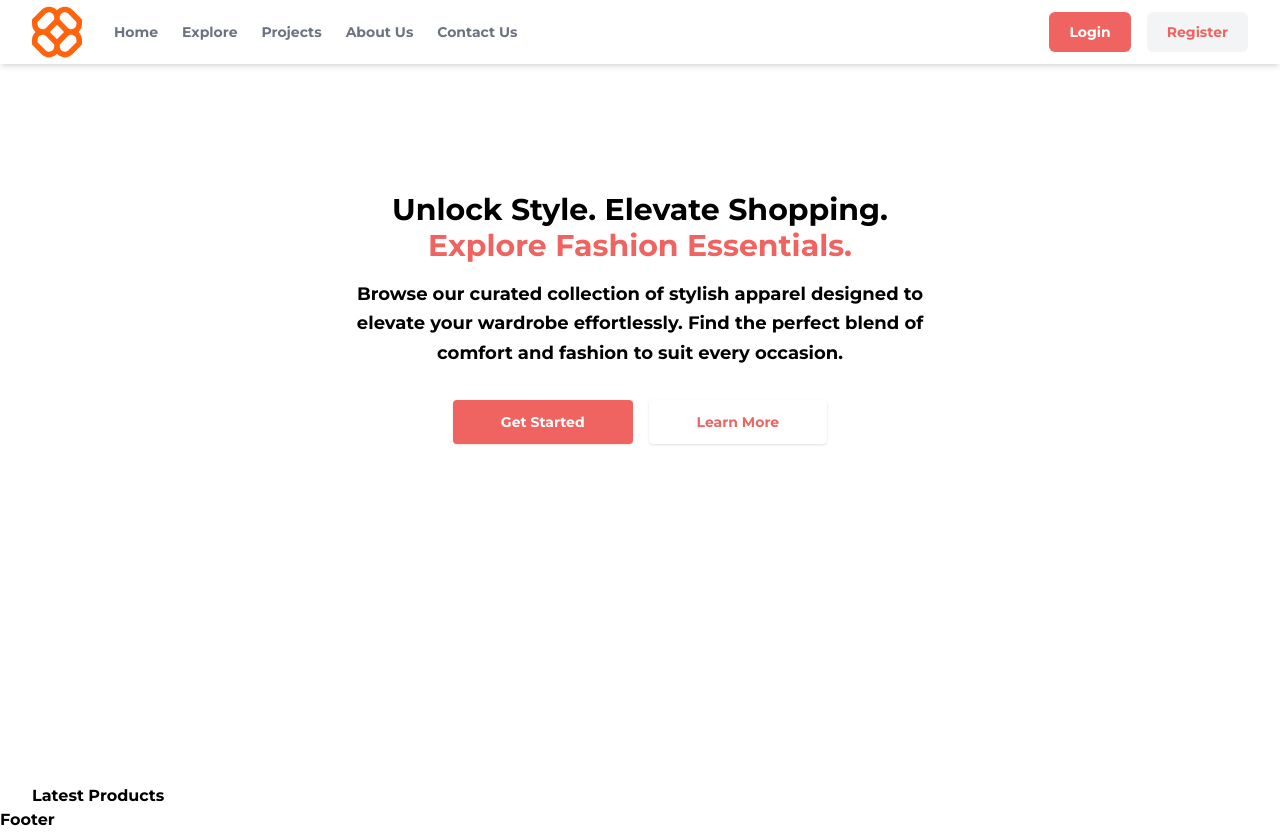
Repository: YahiaSala7/E-commerce-Project
Page: / (app in ecommerce/)
An editor plug-in stored every save of this project. The page is shown before and after the next save, followed by the edit.
The browser window is 1280 px wide. The pictures show the whole page.
The page's requests for data from a server got no answer. The project was rebuilt for these pictures with package versions that can differ from the ones it lists, and the page was loaded fresh each time. The framework's server and built-in components were replaced by stand-ins that run in the browser. No one was signed in, and anything a server would have sent is missing. Also part of the build but not shown: ecommerce/next.config.mjs, ecommerce/app/_Components/ProductItem.jsx.

Above is the page before, as saved 2024-07-25 23:05:10.

### ecommerce/app/layout.js
import { Montserrat } from "next/font/google";
import "./globals.css";
import Header from "./_Components/Header";
import Footer from "./_Components/Footer";

const inter = Montserrat({ subsets: ["latin"], weight: "700" });

export const metadata = {
  title: "Create Next App",
  description: "Generated by create next app",
};

export default function RootLayout({ children }) {
  return (
    <html lang="en">
      <body className={inter.className}>
        <Header />
        {children}
        <Footer />
      </body>
    </html>
  );
}

### ecommerce/app/page.js
import Image from "next/image";
import Hero from "./_Components/Hero";
import ProductsSection from "./_Components/ProductsSection";

export default function Home() {
  return (
    <div className="home">
      <Hero />
      <ProductsSection />
    </div>
  );
}

### ecommerce/app/globals.css
@tailwind base;
@tailwind components;
@tailwind utilities;

:root {
  /* --foreground-rgb: 0, 0, 0; */
  /* --background-start-rgb: 214, 219, 220;
  --background-end-rgb: 255, 255, 255; */
}

@media (prefers-color-scheme: dark) {
  :root {
    /* --foreground-rgb: 0, 0, 0; */
    /* --background-start-rgb: 0, 0, 0;
    --background-end-rgb: 0, 0, 0; */
  }
}

body {
  color: rgb(var(--foreground-rgb));
  background: linear-gradient(
      to bottom,
      transparent,
      rgb(var(--background-end-rgb))
    )
    rgb(var(--background-start-rgb));
}

@layer utilities {
  .text-balance {
    text-wrap: balance;
  }
}

### ecommerce/app/_Components/Header.jsx
import React from "react";
function Header() {
  return (
    <header className="bg-white shadow-md">
      <div className=" flex h-16 max-w-screen-xl items-center gap-8 container mx-auto px-4 sm:px-6 lg:px-8">
        <img src="/logo.svg" width={"50px"} height={"50px"} />

        <div className="flex flex-1 items-center justify-end md:justify-between">
          <nav aria-label="Global" className="hidden md:block">
            <ul className="flex items-center gap-6 text-sm">
              <li>
                <a
                  className="text-gray-500 transition hover:text-gray-500/75"
                  href="#">
                  {" "}
                  Home{" "}
                </a>
              </li>

              <li>
                <a
                  className="text-gray-500 transition hover:text-gray-500/75"
                  href="#">
                  {" "}
                  Explore{" "}
                </a>
              </li>

              <li>
                <a
                  className="text-gray-500 transition hover:text-gray-500/75"
                  href="#">
                  {" "}
                  Projects{" "}
                </a>
              </li>

              <li>
                <a
                  className="text-gray-500 transition hover:text-gray-500/75"
                  href="#">
                  {" "}
                  About Us{" "}
                </a>
              </li>

              <li>
                <a
                  className="text-gray-500 transition hover:text-gray-500/75"
                  href="#">
                  {" "}
                  Contact Us{" "}
                </a>
              </li>
            </ul>
          </nav>

          <div className="flex items-center gap-4">
            <div className="sm:flex sm:gap-4">
              <a
                className="block rounded-md bg-primary px-5 py-2.5 text-sm font-medium text-white transition hover:bg-secondary "
                href="#">
                Login
              </a>

              <a
                className="hidden rounded-md bg-gray-100 px-5 py-2.5 text-sm font-medium text-primary transition hover:text-secondary sm:block"
                href="#">
                Register
              </a>
            </div>

            <button className="block rounded bg-gray-100 p-2.5 text-gray-600 transition hover:text-gray-600/75 md:hidden">
              <span className="sr-only">Toggle menu</span>
              <svg
                xmlns="http://www.w3.org/2000/svg"
                className="h-5 w-5"
                fill="none"
                viewBox="0 0 24 24"
                stroke="currentColor"
                strokeWidth="2">
                <path
                  strokeLinecap="round"
                  strokeLinejoin="round"
                  d="M4 6h16M4 12h16M4 18h16"
                />
              </svg>
            </button>
          </div>
        </div>
      </div>
    </header>
  );
}

export default Header;

### ecommerce/app/_Components/Hero.jsx
import React from "react";

function Hero() {
  return (
    <section className="">
      <div className="mx-auto max-w-screen-xl px-4 py-32 lg:flex lg:h-screen">
        <div className="mx-auto max-w-xl text-center">
          <h1 className="text-2xl font-extrabold sm:text-3xl ">
            Unlock Style. Elevate Shopping.
            <strong className="font-extrabold text-primary sm:block">
              {" "}
              Explore Fashion Essentials.{" "}
            </strong>
          </h1>

          <p className="mt-4 sm:text-[18px]/relaxed">
            Browse our curated collection of stylish apparel designed to elevate
            your wardrobe effortlessly. Find the perfect blend of comfort and
            fashion to suit every occasion.
          </p>

          <div className="mt-8 flex flex-wrap justify-center gap-4">
            <a
              className="block w-full rounded bg-primary px-12 py-3 text-sm font-medium text-white shadow hover:bg-secondary focus:outline-none focus:ring active:bg-red-500 sm:w-auto"
              href="#">
              Get Started
            </a>

            <a
              className="block w-full rounded px-12 py-3 text-sm font-medium text-primary shadow hover:text-secondary focus:outline-none focus:ring active:text-red-500 sm:w-auto"
              href="#">
              Learn More
            </a>
          </div>
        </div>
      </div>
    </section>
  );
}

export default Hero;

### ecommerce/app/_Components/ProductsSection.jsx
import React from "react";
import LatestProducts from "./LatestProducts";

function ProductsSection() {
  return (
    <>
      <h2 className="mx-auto px-4 sm:px-6 lg:px-8">Latest Products</h2>
      <LatestProducts />
    </>
  );
}

export default ProductsSection;

### ecommerce/app/_Components/LatestProducts.jsx
"use client";
import React, { useEffect, useState } from "react";
import ProdcutApis from "../_utils/ProdcutApis";
import ProductItem from "./ProductItem";

function LatestProducts() {
  const [latestProducts, setLatestProducts] = useState([]);
  useEffect(() => {
    getLatestProducts_();
  }, []);
  const getLatestProducts_ = () => {
    ProdcutApis.getLatestProducts().then((res) => {
      setLatestProducts(res.data.data);
    });
  };

  return (
    <div className="grid grid-cols-2 sm:grid-col-3 md:grid-cols-4 gap-3 mx-auto px-4 sm:px-6 lg:px-8">
      {latestProducts?.map((product) => (
        <ProductItem key={product.id} product={product} />
      ))}
    </div>
  );
}

export default LatestProducts;

### ecommerce/app/_utils/ProdcutApis.js
const { default: dataFetching } = require("./dataFetching");

const getLatestProducts = () => dataFetching.get("/products?populate=*");

export default {
  getLatestProducts,
};

### ecommerce/app/_utils/dataFetching.js
const { default: axios } = require("axios");

const apiKey = process.env.NEXT_PUBLIC_REST_API_KEY;
const baseUrl = "http://localhost:1337/api";

const dataFetching = axios.create({
  baseURL: baseUrl,
  headers: {
    Authorization: `Bearer ${apiKey}`,
  },
});

export default dataFetching;

### ecommerce/tailwind.config.js
/** @type {import('tailwindcss').Config} */
module.exports = {
  content: [
    "./pages/**/*.{js,ts,jsx,tsx,mdx}",
    "./components/**/*.{js,ts,jsx,tsx,mdx}",
    "./app/**/*.{js,ts,jsx,tsx,mdx}",
  ],
  theme: {
    extend: {
      backgroundImage: {
        "gradient-radial": "radial-gradient(var(--tw-gradient-stops))",
        "gradient-conic":
          "conic-gradient(from 180deg at 50% 50%, var(--tw-gradient-stops))",
      },
      colors: {
        primary: "#EF6461",
        secondary: " #B83D3A",
      },
    },
  },
  plugins: [],
};

Loaded but not shown: ecommerce/app/_Components/Footer.jsx (common file)

After the next save:
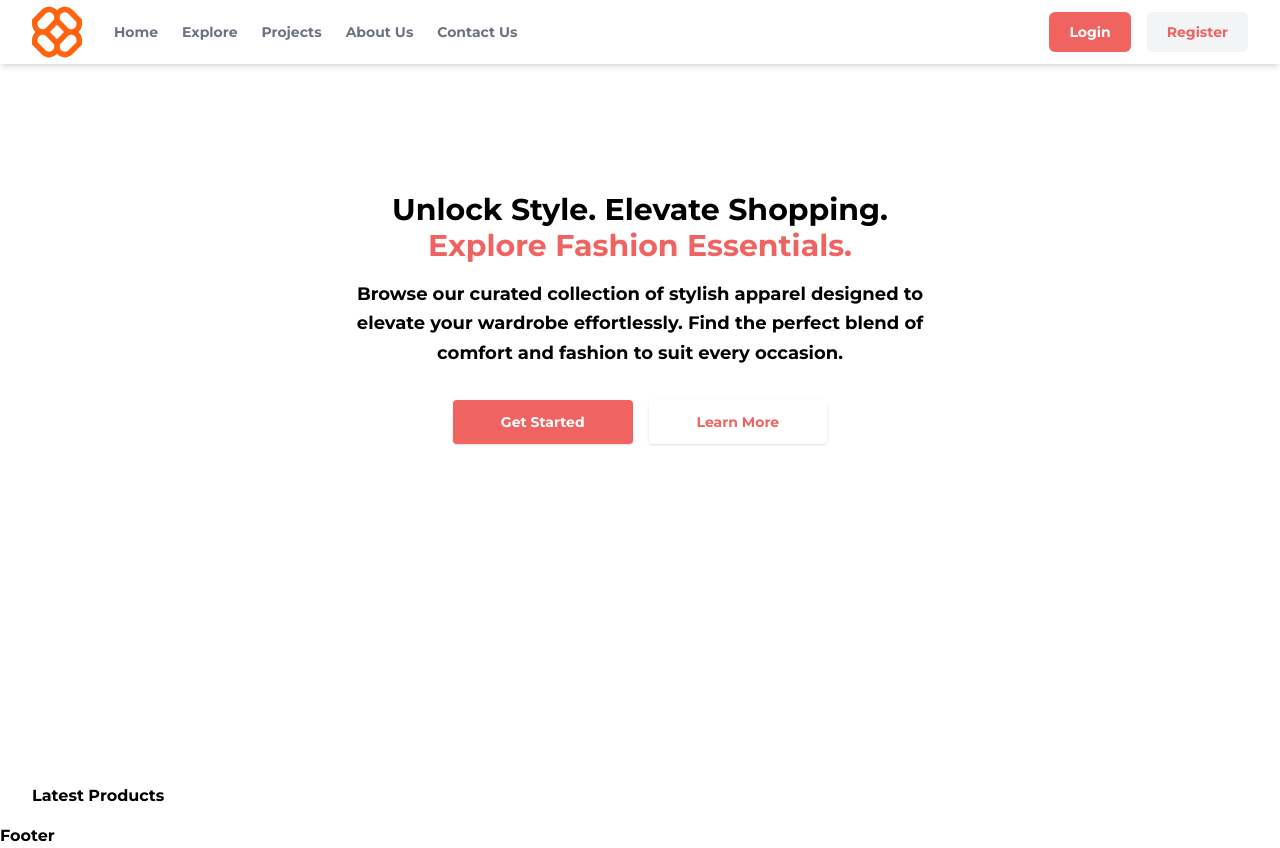
Saved 20 s later.
--- a/ecommerce/app/_Components/ProductsSection.jsx
+++ b/ecommerce/app/_Components/ProductsSection.jsx
@@ -4,7 +4,7 @@ import LatestProducts from "./LatestProducts";
 function ProductsSection() {
   return (
     <>
-      <h2 className="mx-auto px-4 sm:px-6 lg:px-8">Latest Products</h2>
+      <h2 className="mx-auto px-4 sm:px-6 lg:px-8 pb-4">Latest Products</h2>
       <LatestProducts />
     </>
   );
